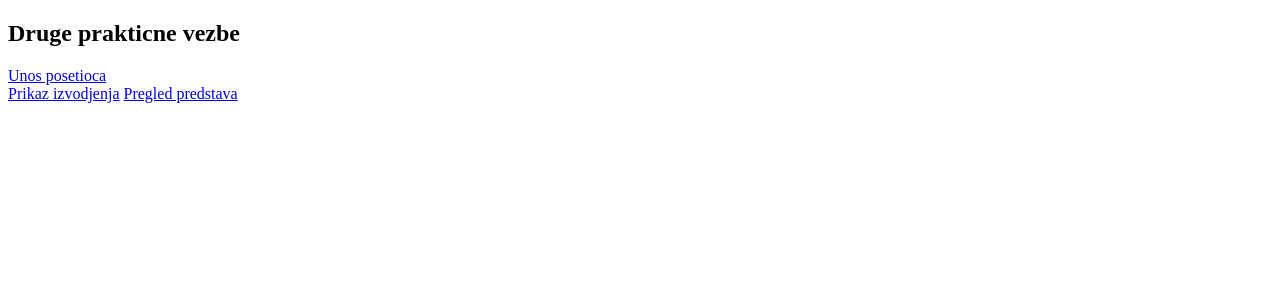
Repository: bojanludajic/Razvoj-Informacionih-Sistema
Page: SpringPozoriste/PozoristeWEB/src/main/webapp/index.html
An editor plug-in stored every save of this project. The page is shown before and after the next save, followed by the edit.
The browser window is 1280 px wide. The pictures show the whole page.

Above is the page before, as saved 2024-11-10 16:01:53.

### SpringPozoriste/PozoristeWEB/src/main/webapp/index.html
<!DOCTYPE html>
<html>
<head>
<meta charset="UTF-8">
<title>RIS</title>
</head>
<body>
	<h2>Druge prakticne vezbe</h2>
	<a href="/Pozoriste/UnosPosetioca.jsp">Unos posetioca</a><br>
	<a href="/Pozoriste/PrikazIzvodjenja.jsp">Prikaz izvodjenja</a>
	<a href="/Pozoriste/...">Pregled predstava</a>
</body>
</html>

After the next save:
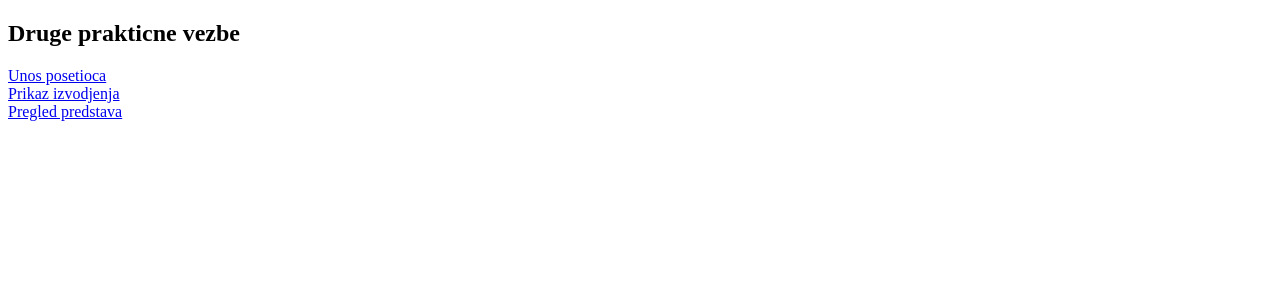
Saved 8 s later.
--- a/SpringPozoriste/PozoristeWEB/src/main/webapp/index.html
+++ b/SpringPozoriste/PozoristeWEB/src/main/webapp/index.html
@@ -7,7 +7,7 @@
 <body>
 	<h2>Druge prakticne vezbe</h2>
 	<a href="/Pozoriste/UnosPosetioca.jsp">Unos posetioca</a><br>
-	<a href="/Pozoriste/PrikazIzvodjenja.jsp">Prikaz izvodjenja</a>
+	<a href="/Pozoriste/PrikazIzvodjenja.jsp">Prikaz izvodjenja</a><br>
 	<a href="/Pozoriste/...">Pregled predstava</a>
 </body>
 </html>
